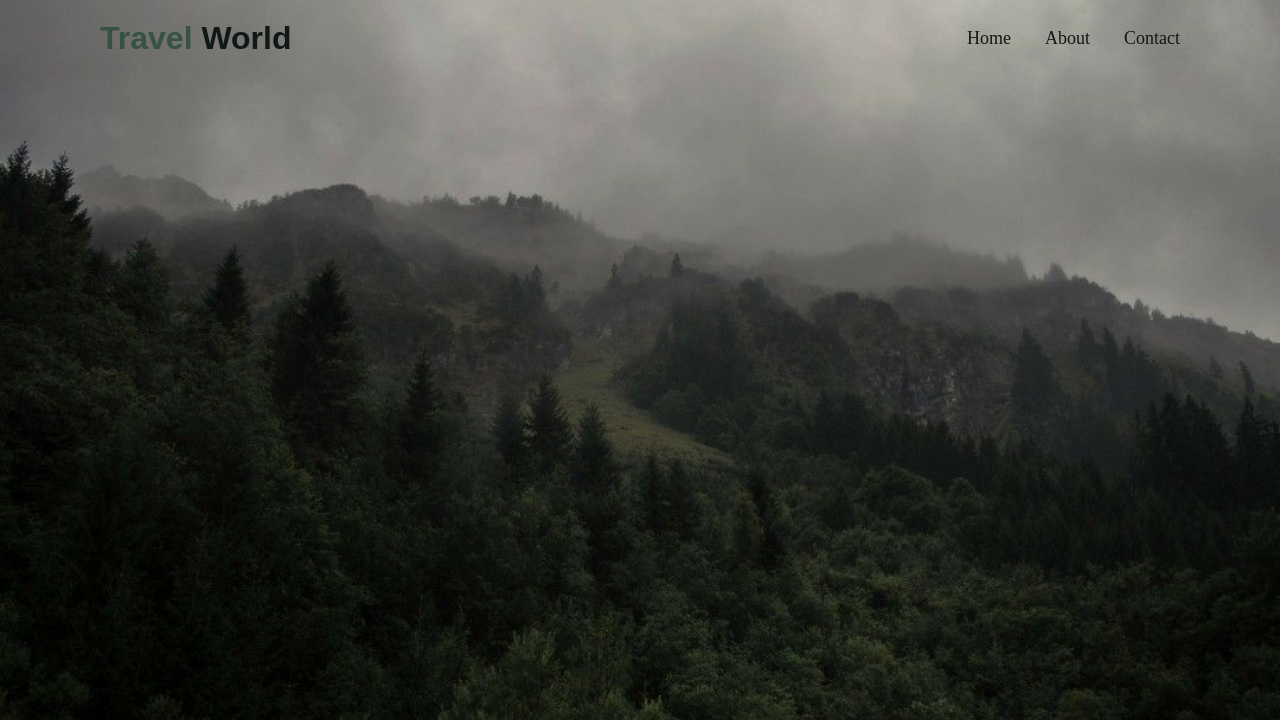
Repository: Haakim19/TravelWorld
Page: html/index.html
An editor plug-in stored every save of this project. The page is shown before and after the next save, followed by the edit.
The browser window is 1280 px wide. The pictures show the whole page.

Above is the page before, as saved 2024-10-30 23:49:18.

After the next save:
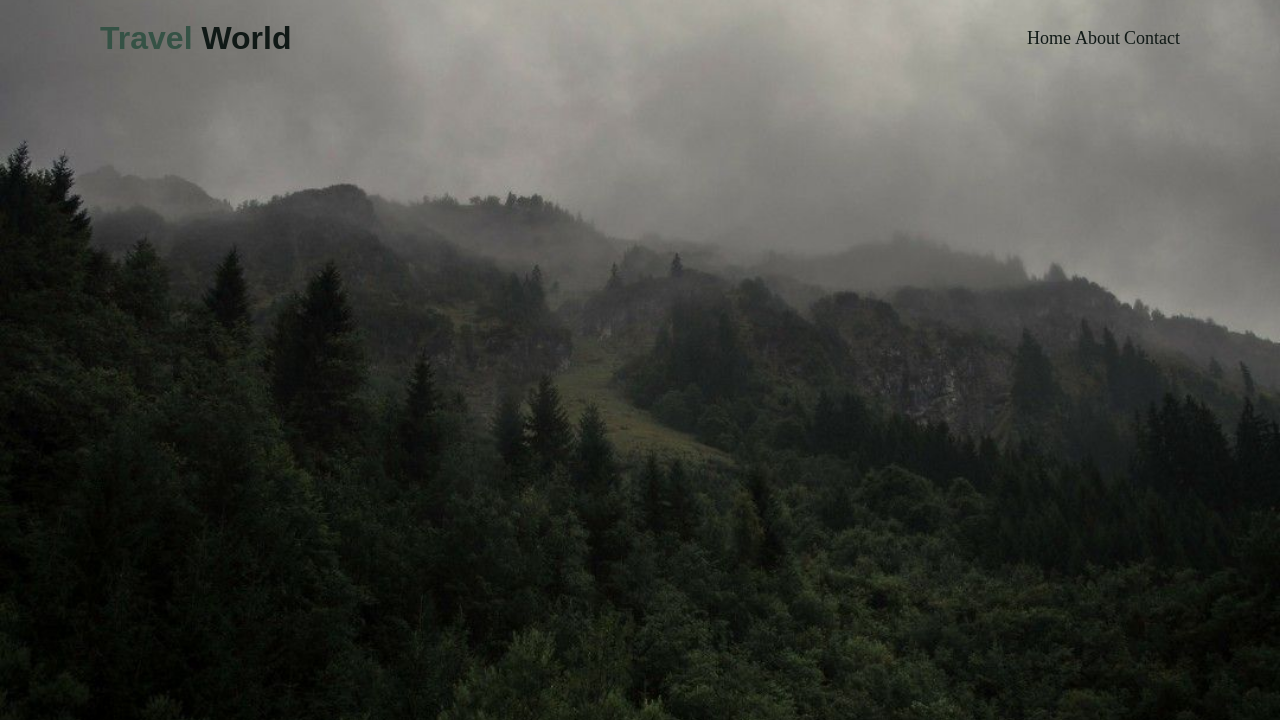
Saved 7 s later.
--- a/css/main.css
+++ b/css/main.css
@@ -47,7 +47,7 @@ body{
     color: var(--color1);
     text-decoration: none;
     font-weight: 500;
-    margin-left: 30px;
+    /* margin-left: 30px; */
 }
 .navbar a::before{
     content: '';
